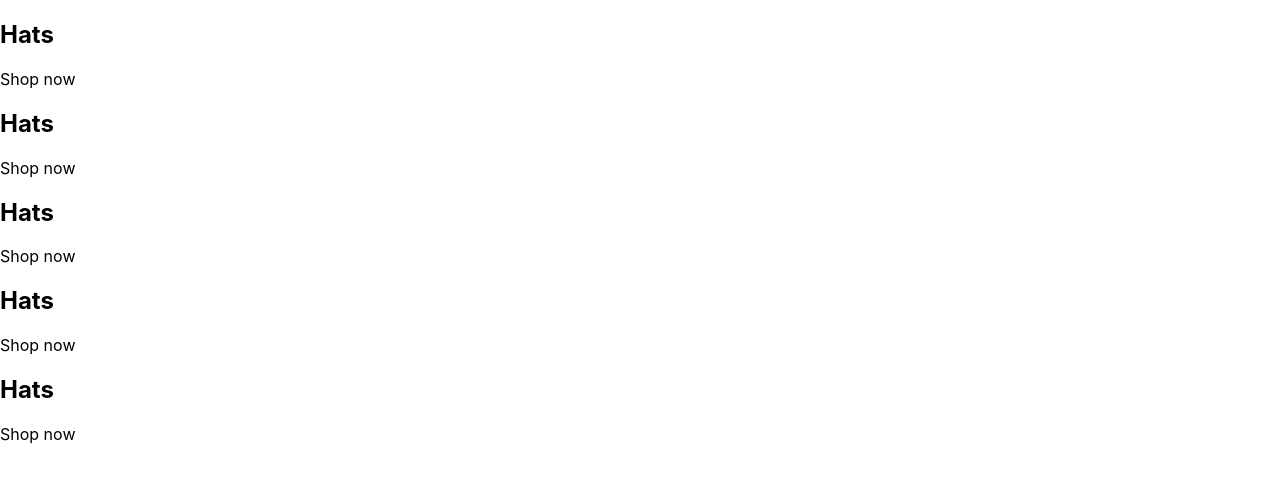
Repository: HoaHoang25092001/crwn-clothing
Page: /
The author's editor kept a copy of each file at every save. The page is drawn from the files as they stood at one save, then again after the next save.
The browser window is 1280 px wide. The pictures show the whole page.
The project was rebuilt for these pictures with package versions that can differ from the ones it lists, and the page was loaded fresh each time.

Above is the page before, as saved 2022-10-07 12:37:55.

After the next save:
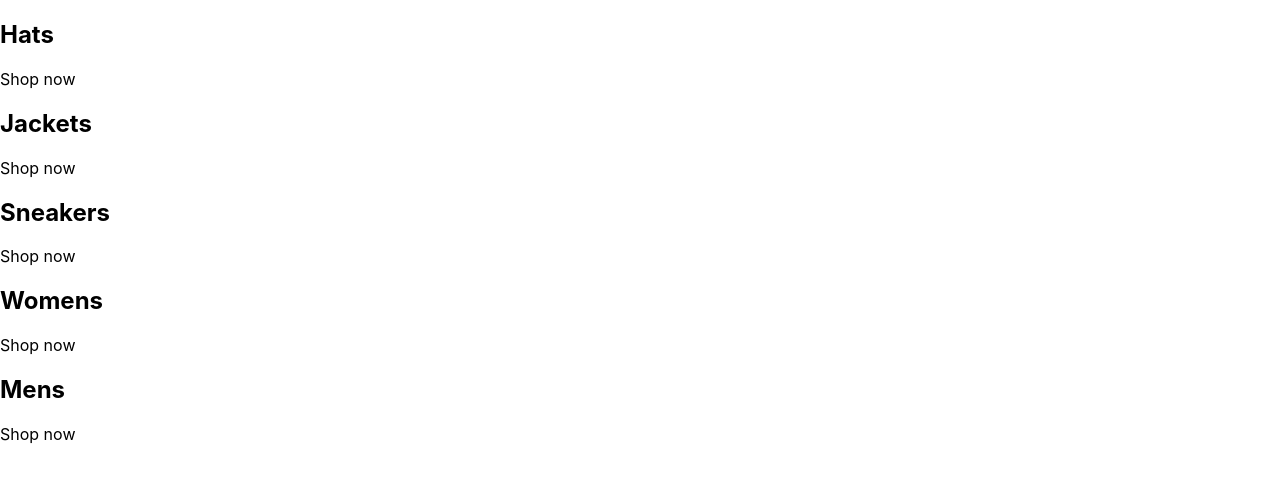
Saved 36 s later.
--- a/src/App.js
+++ b/src/App.js
@@ -7,19 +7,19 @@ const App = () => {
     },
     {
       id: 2,
-      title: 'Hats'
+      title: 'Jackets'
     },
     {
       id: 3,
-      title: 'Hats'
+      title: 'Sneakers'
     },
     {
       id: 4,
-      title: 'Hats'
+      title: 'Womens'
     },
     {
       id: 5,
-      title: 'Hats'
+      title: 'Mens'
     },
   ]
   return (
